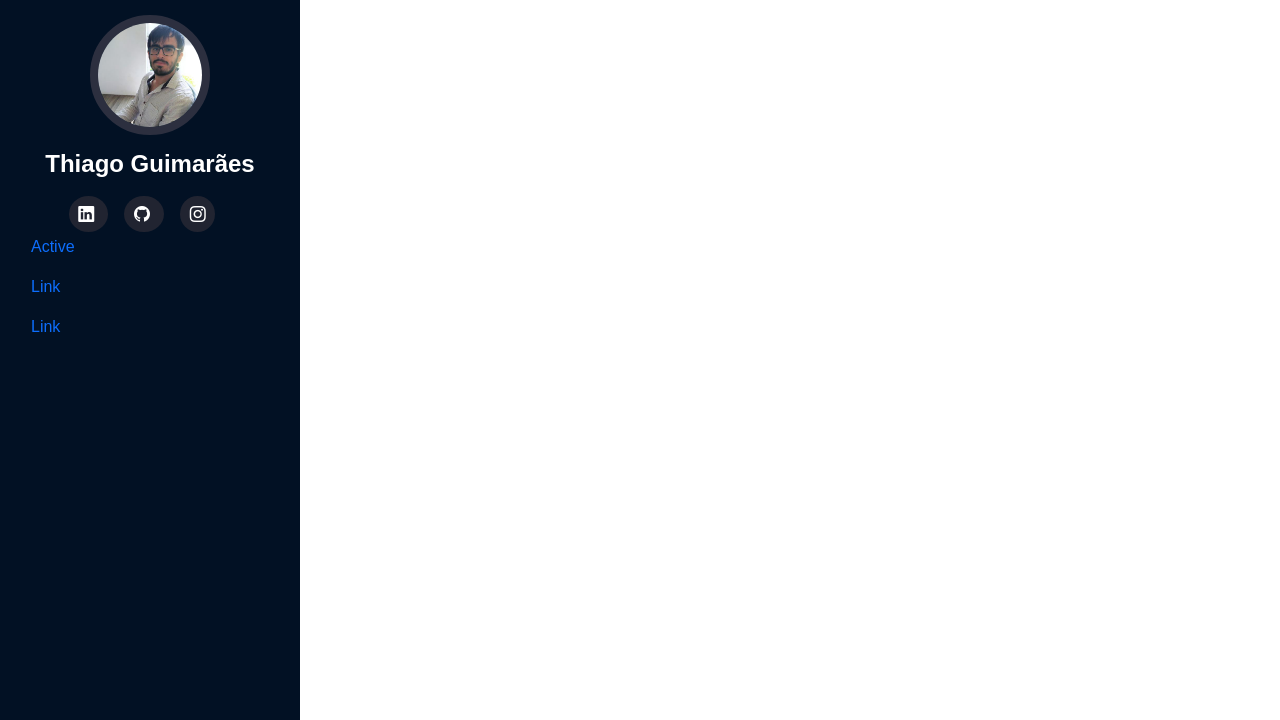
Repository: Rayago/projeto-portfolio
Page: http://localhost/
An editor plug-in stored every save of this project. The page is shown before and after the next save, followed by the edit.
The browser window is 1280 px wide. The pictures show the whole page.
Some web fonts or font styles are not loaded; a fallback is used. The page is served by the project's application, run on Flask 3 (app.py).

Above is the page before, as saved 2022-07-11 23:14:43.

### templates/index.html
<!DOCTYPE html>
<html lang="pt-br">
<head>
    <meta charset="UTF-8">
    <meta http-equiv="X-UA-Compatible" content="IE=edge">
    <meta name="viewport" content="width=device-width, initial-scale=1.0">
    <link rel="stylesheet" href="../static/bootstrap/css/bootstrap.css">
    <link rel="stylesheet" href="../static/style.css">
    <link rel="icon" type="image/png" href="../static/img">
    <link rel="stylesheet" href="https://cdn.jsdelivr.net/npm/bootstrap-icons@1.8.3/font/bootstrap-icons.css">
    <title>Thiago Guimarães</title>
</head>
<body>

    <aside id="header">
        <section class="profile">
            <img src="../static/img/meu_perfil.jpg" alt="Foto Perfil"/>
            <h1>Thiago Guimarães</h1>
            <div class="social-links mt-4 text-center">
                <a target="_blank" href="https://www.linkedin.com/in/raymundo-thiago">
                    <i class="bi bi-linkedin"></i>
                </a>
                <a target="_blank" href="https://www.github.com/Rayago">
                    <i class="bi bi-github"></i>
                </a>
                <a target="_blank" href="https://www.instagram.com/estudatech">
                    <i class="bi bi-instagram"></i>
                </a>
            </div>
        </section>

        <nav id="navbar" class="nav-menu">
            <ul class="nav flex-column">
                <li class="nav-item">
                  <a class="nav-link active" aria-current="page" href="#">Active</a>
                </li>
                <li class="nav-item">
                  <a class="nav-link" href="#">Link</a>
                </li>
                <li class="nav-item">
                  <a class="nav-link" href="#">Link</a>
                </li>
              </ul>
        </nav>

    </aside>


    <script src="../static/bootstrap/js/bootstrap.bundle.min.js"></script>
    <script src="../static/script.js"></script>
</body>
</html>

### app.py
from flask import Flask, render_template, redirect

app = Flask(__name__)

@app.route('/')
def index():
    return render_template('index.html')

if __name__ == '__main__':
    app.run(debug=True)

### static/style.css
@import url('https://fonts.googleapis.com/css2?family=Ubuntu:ital,wght@0,300;0,400;0,500;0,700;1,300;1,400;1,500;1,700&display=swap');

html, body {
    font-family: Ubuntu, Arial;
    width: 100%;
    height: 100%;
}

#header {
    position: fixed;
    top: 0;
    left: 0;
    bottom: 0;
    background: #021124;
    overflow-y: auto;
    width: 300px;
    transition: all ease-in-out 0.5s;
    padding: 0 15px;
    z-index: 9997;
}

#header .profile img {
    margin: 15px auto;
    display: block;
    width: 120px;
    border: 8px solid #2c2f3f;
    border-radius: 50%;
}

#header .profile h1 {
    font-size: 24px;
    margin: 0;
    padding: 0;
    font-weight: 600;
    text-align: center;
    color: white;
}

#header .profile .social-links a {
    font-size: 1rem;
    background: #212431;
    color: #fff;
    padding: 0.6rem;
    margin-right: 1rem;
    border-radius: 50%;
    transition: 0.3s;
    text-decoration: none;
}

#header .profile .social-links a:hover {
    background: #149ddd;
}

Loaded but not shown: static/bootstrap/css/bootstrap.css (library); static/bootstrap/js/bootstrap.bundle.min.js (library); static/script.js (no stored copy; drawn as an empty file)

After the next save:
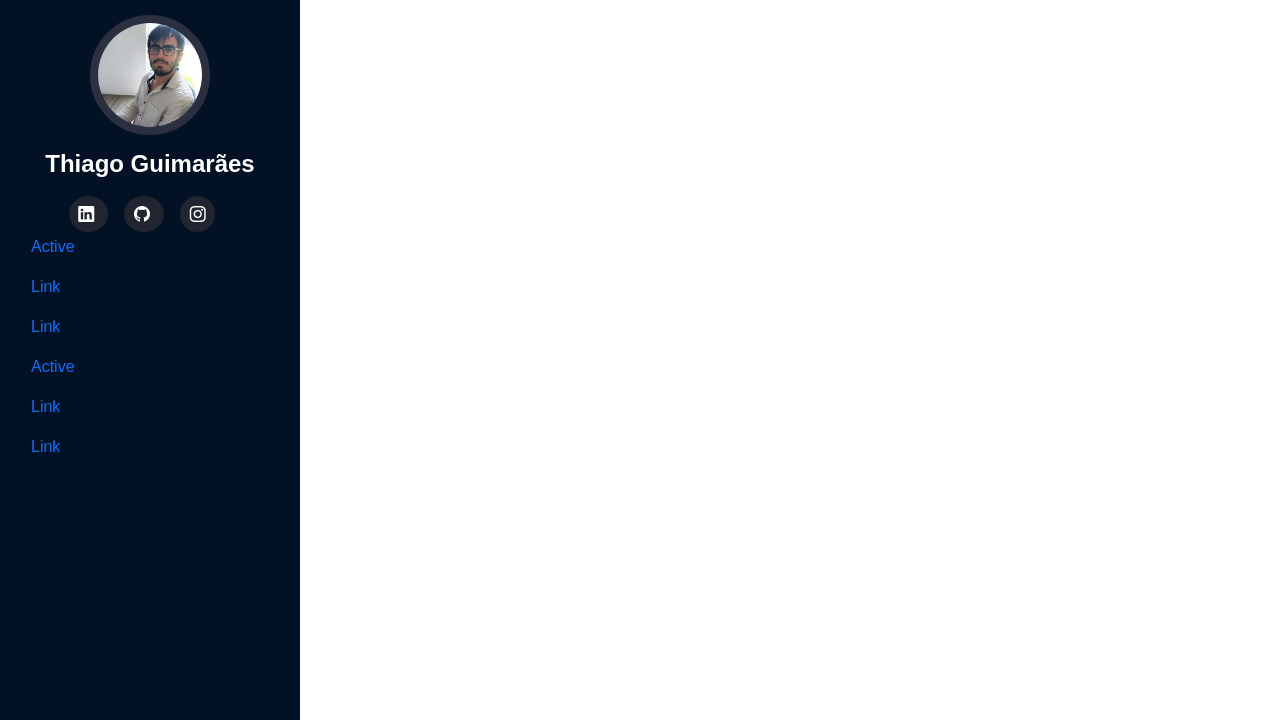
Saved 45 s later.
--- a/templates/index.html
+++ b/templates/index.html
@@ -40,6 +40,15 @@
                 <li class="nav-item">
                   <a class="nav-link" href="#">Link</a>
                 </li>
+                <li class="nav-item">
+                    <a class="nav-link active" aria-current="page" href="#">Active</a>
+                </li>
+                <li class="nav-item">
+                    <a class="nav-link" href="#">Link</a>
+                </li>
+                <li class="nav-item">
+                    <a class="nav-link" href="#">Link</a>
+                </li>
               </ul>
         </nav>
 
